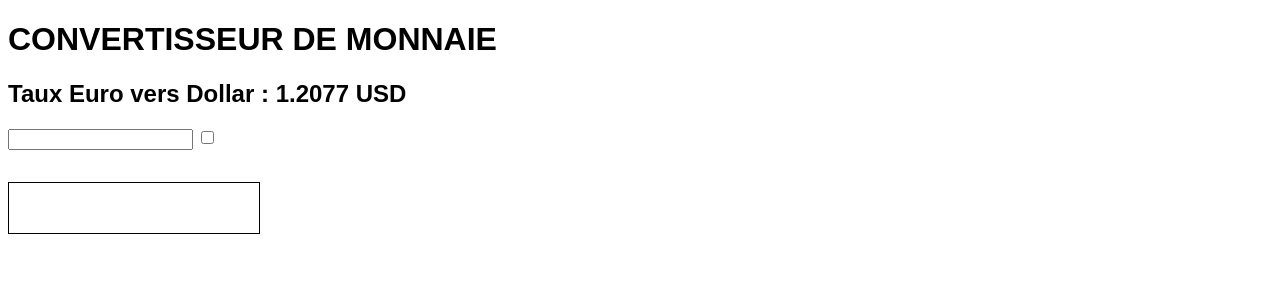
Repository: techmindconsulting/wordshiop-js
Page: index.html
These files come from the project's save history. The page is drawn as it stood at one moment and after a run of saves; the edit follows.
The browser window is 1280 px wide. The pictures show the whole page.

Above is the page before, as saved 2021-01-17 13:13:36.

### index.html
<!DOCTYPE html>
<html lang="en">
<head>
    <meta charset="UTF-8">
    <meta name="viewport" content="width=device-width, initial-scale=1.0">
    <title>Convertisseur</title>
    <script src="conversion.js"></script>
    <style>
        html {
            font-family: sans-serif;
        }
        p {
            border: 1px solid black;
            width: 250px;
            height: 50px;
            font-size: 2rem;
        }
    </style>
</head>
<body>
    <h1>CONVERTISSEUR DE MONNAIE</h1>
    <h2>Taux Euro vers Dollar : 1.2077 USD</h2>
    <input type="text" id="amount" >
    <input type="checkbox"
    <input type="button" value="Convertir" onClick=convertir()>
    <p id="resultat"></p>
</body>
</html>

### conversion.js
/* Fonction qui est appelé sur l'évenement utilisateur onClick */
function convertir() {
   /* Déclaration de variable */
    const CURRENCY_DOLLAR = 1.2077;
    let resultat;
    let amount = document.getElementById('amount').value;

    /* Opération de converssion */
    resultat = amount * CURRENCY;

    /* Affichage dans le document HTML */
    document.getElementById('resultat').innerText = resultat + ' $';
}

After the next 2 saves:
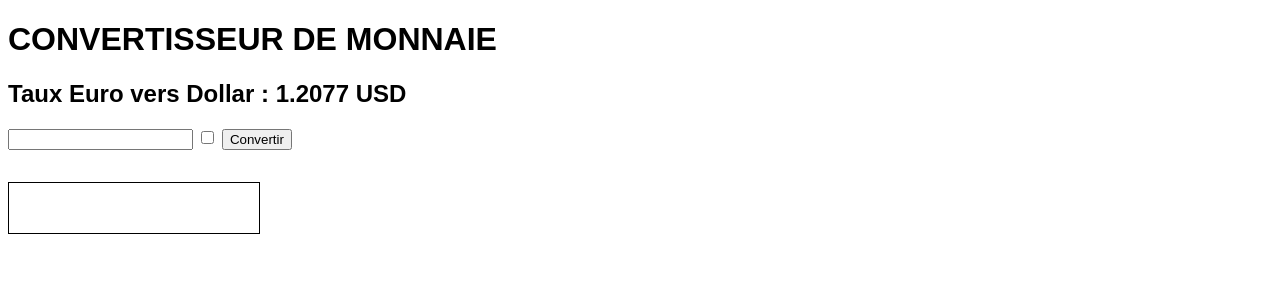
The 2 saves are shown as one change because they came seconds apart.
The last was saved 5 s later.
--- a/index.html
+++ b/index.html
@@ -21,7 +21,7 @@
     <h1>CONVERTISSEUR DE MONNAIE</h1>
     <h2>Taux Euro vers Dollar : 1.2077 USD</h2>
     <input type="text" id="amount" >
-    <input type="checkbox"
+    <input type="checkbox" >
     <input type="button" value="Convertir" onClick=convertir()>
     <p id="resultat"></p>
 </body>
